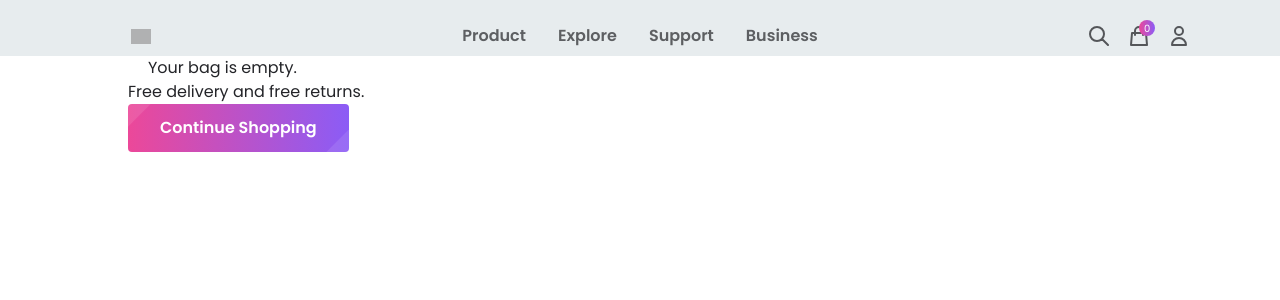
Repository: aliamini1422/semiAppleSite
Page: /checkout
An editor plug-in stored every save of this project. The page is shown before and after the next save, followed by the edit.
The browser window is 1280 px wide. The pictures show the whole page.
Pictures or frames that could not be fetched are drawn as grey boxes. The page's requests for data from a server got no answer. The project was rebuilt for these pictures with package versions that can differ from the ones it lists, and the page was loaded fresh each time. The framework's server and built-in components were replaced by stand-ins that run in the browser. No one was signed in, and anything a server would have sent is missing. Also part of the build but not shown: next.config.js, sanity.js, components/CheckoutProduct.tsx.

Above is the page before, as saved 2022-09-05 02:23:07.

After the next save:
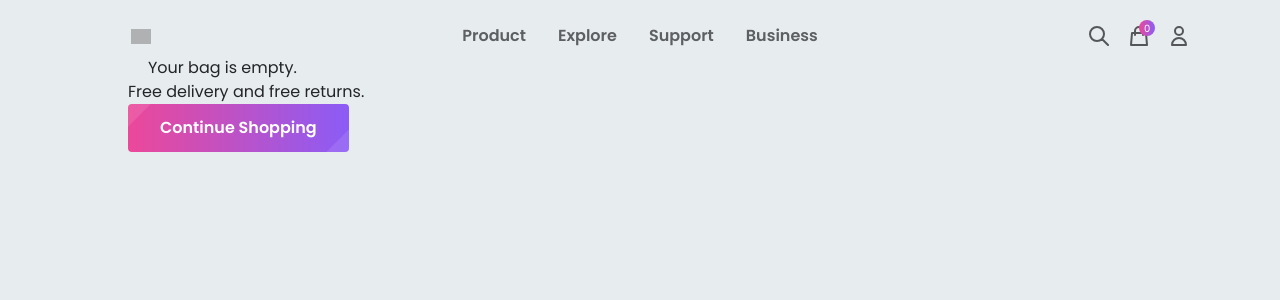
Saved 44 s later.
--- a/pages/checkout.tsx
+++ b/pages/checkout.tsx
@@ -24,10 +24,10 @@ function checkout() {
 
 
   return (
-    <div>
+    <div className='min-h-screen overflow-hidden bg-[#E7ECEE]'>
         <Header />
         <main className='mx-auto max-w-5xl pb-24'>
-            <div className='px-5'>
+            <div className='px-5 '>
                 <h1>{items.length > 0 ? "Review your bag" : "Your bag is empty."}</h1>
             </div>
             <p>Free delivery and free returns.</p>
